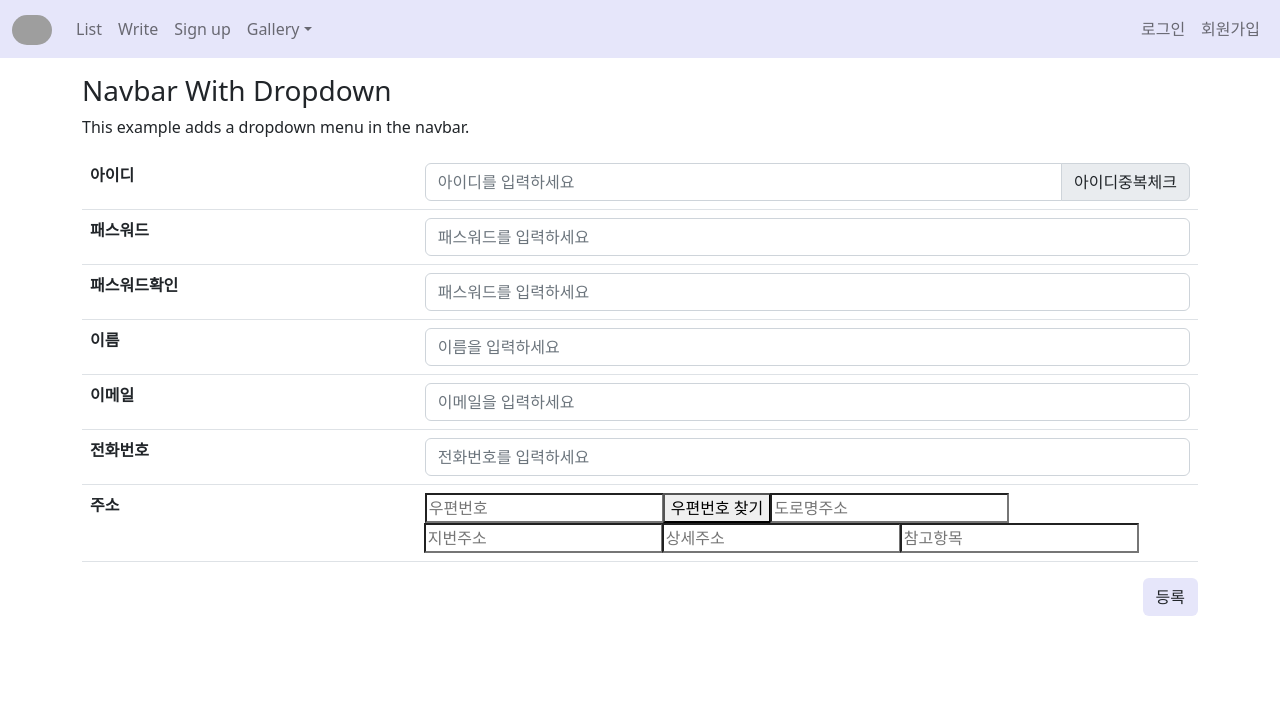
Repository: kwakhimoly/ws_backup
Page: http://localhost/myapp3/WEB-INF/views/member/member_write.jsp
These files come from the project's save history. The page is drawn as it stood at one moment and after the next save; the edit follows.
The browser window is 1280 px wide. The pictures show the whole page.
Pictures or frames that could not be fetched are drawn as grey boxes. The page is served by Tomcat 9. Nobody is signed in. The template is opened directly, without the code that normally fills it, so the values that code supplies are empty.

Above is the page before, as saved 2023-02-13 06:20:43.

After the next save:
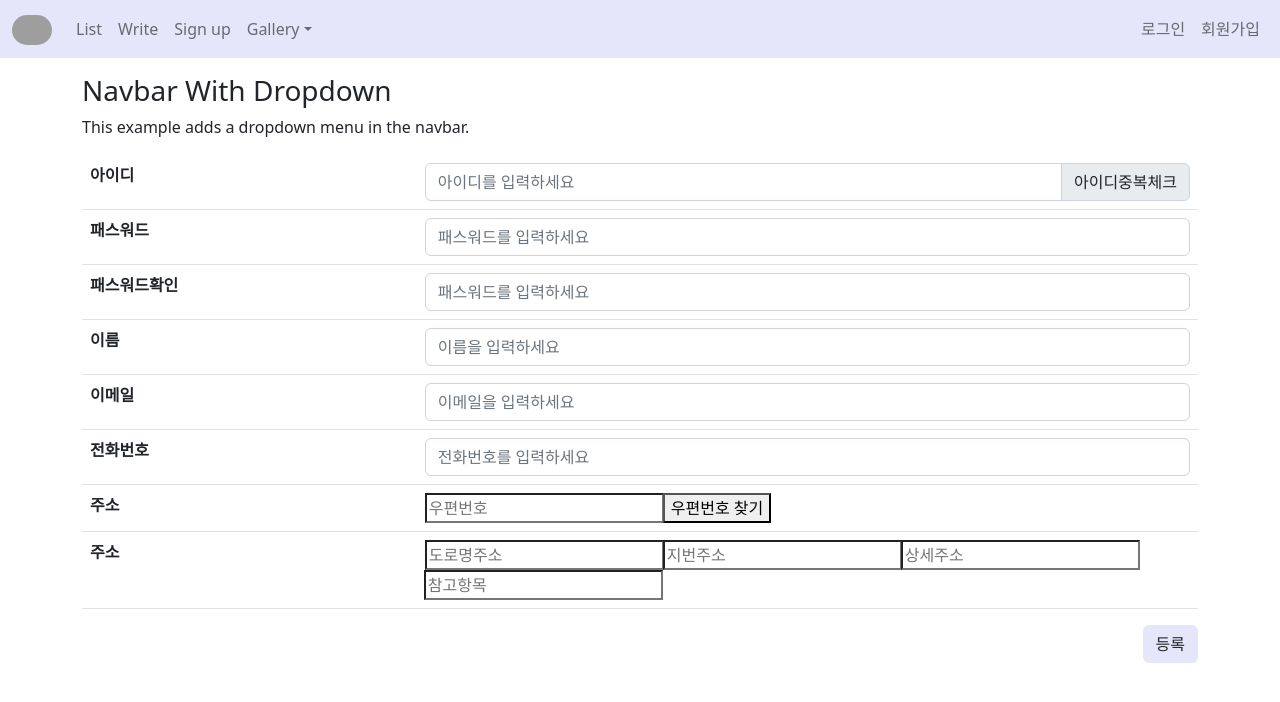
Saved 51 s later.
--- a/spws/myapp3/src/main/webapp/WEB-INF/views/member/member_write.jsp
+++ b/spws/myapp3/src/main/webapp/WEB-INF/views/member/member_write.jsp
@@ -93,7 +93,14 @@
 					<div class="input-group">
 						<input type="text" id="sample4_postcode" placeholder="우편번호">
 						<input type="button" onclick="sample4_execDaumPostcode()" value="우편번호 찾기">
-						<br>
+					</div>
+						</td>
+					</tr>
+
+					<tr>
+						<th>주소</th>
+						<td>
+					<div class="input-group">
 						<input type="text" id="sample4_roadAddress" placeholder="도로명주소">
 						<input type="text" id="sample4_jibunAddress" placeholder="지번주소">
 						<span id="guide" style="color:#999;display:none"></span>
